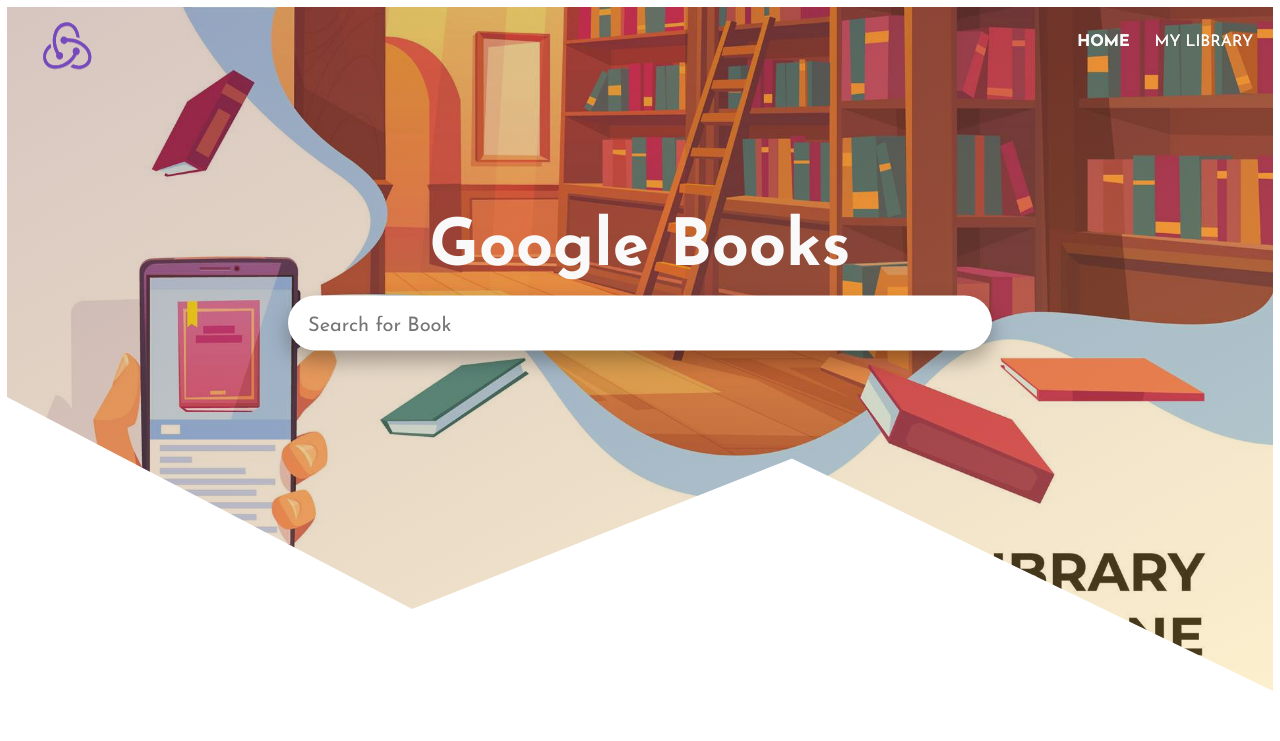
Repository: Kol124/react-book-library
Page: /
These files come from the project's save history. The page is drawn as it stood at one moment and after the next save; the edit follows.
The browser window is 1280 px wide. The pictures show the whole page.
Backgrounds fixed to the window are drawn as part of the page. The project was rebuilt for these pictures with package versions that can differ from the ones it lists, and the page was loaded fresh each time. Also part of the build but not shown: src/components/BookCard.js, src/components/Library.js.

Above is the page before, as saved 2021-07-15 16:05:06.

After the next save:
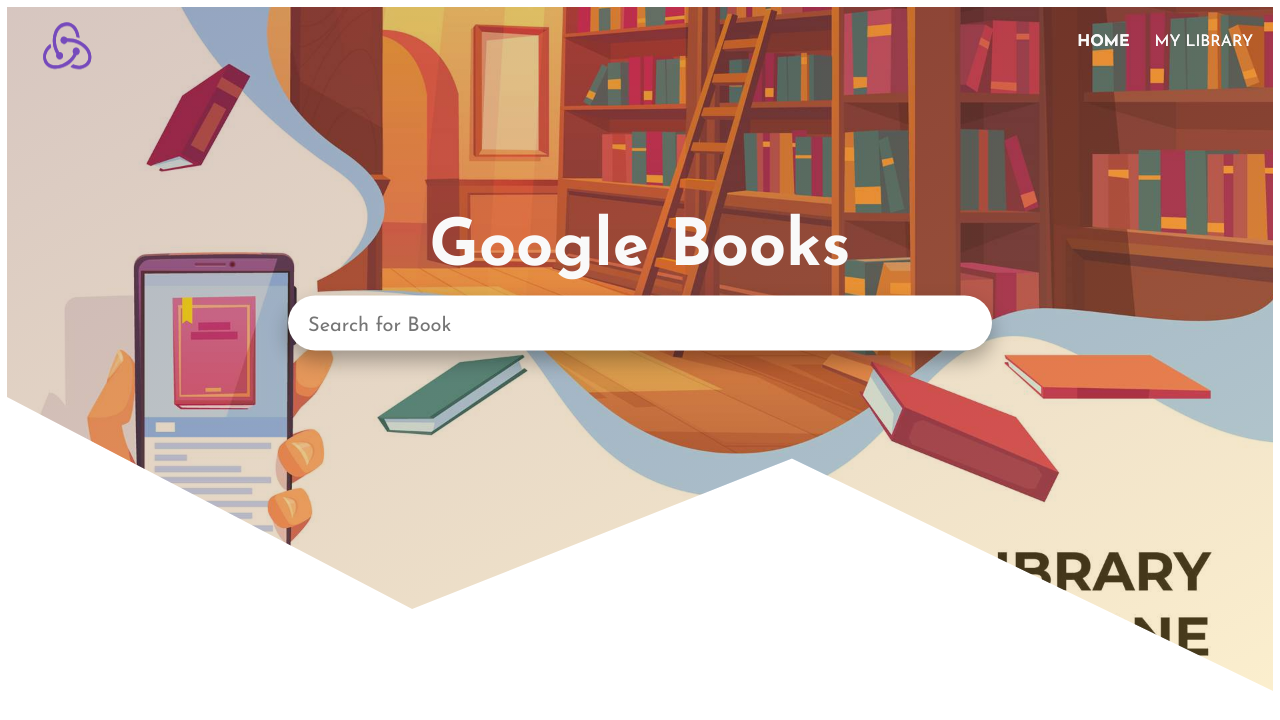
Saved 89 s later.
--- a/src/components/Home.js
+++ b/src/components/Home.js
@@ -71,11 +71,10 @@
 
 const Grid = styled.main`
   grid-template-columns: repeat(2, 1fr);
-  margin: 0 auto 5rem auto;
+  margin: -15rem auto 5rem auto;
   grid-gap: 2rem;
   display: grid;
   max-width: 114rem;
-  transform: translate(0, -50%);
 
   @media only screen and (max-width: 768px) {
     grid-template-columns: 1fr;
